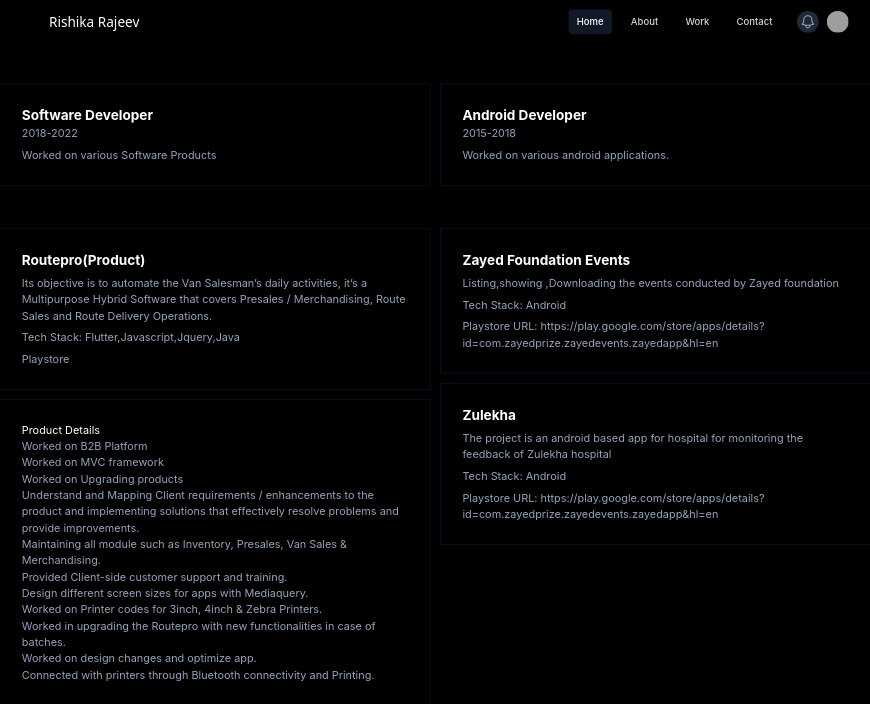
Repository: rishikarajeev/portfolio_rishika
Page: /work
These files come from the project's save history. The page is drawn as it stood at one moment and after a run of saves; the edit follows.
The browser window is 1280 px wide. The pictures show the whole page, at 68% of full size.
Pictures or frames that could not be fetched are drawn as grey boxes. The project was rebuilt for these pictures with package versions that can differ from the ones it lists, and the page was loaded fresh each time. Also part of the build but not shown: src/Pages/Home.jsx, src/Pages/About.jsx, src/Pages/Contact.jsx.

Above is the page before, as saved 2023-10-23 18:51:49.

### src/Components/Nav/Nav.jsx
import React from 'react'

function Nav() {
  return (
    <div><nav class="dark:bg-black">
    <div class="mx-auto max-w-7xl px-2 sm:px-6 lg:px-8">
      <div class="relative flex h-16 items-center justify-between">
      <div class="absolute inset-y-0 left-7 flex items-center ">

      <a href="#" class=" text-white  px-3 py-2 text-xl font-medium font-sans" aria-current="page">Rishika Rajeev</a>
        </div>
        <div class="absolute inset-y-0 left-0 flex items-center sm:hidden">

          <button type="button" class="relative inline-flex items-center justify-center rounded-md p-2 text-gray-400 hover:bg-gray-700 hover:text-white focus:outline-none focus:ring-2 focus:ring-inset focus:ring-white" aria-controls="mobile-menu" aria-expanded="false">
            <span class="absolute -inset-0.5"></span>
            <span class="sr-only">Open main menu</span>

            <svg class="block h-6 w-6" fill="none" viewBox="0 0 24 24" stroke-width="1.5" stroke="currentColor" aria-hidden="true">
              <path stroke-linecap="round" stroke-linejoin="round" d="M3.75 6.75h16.5M3.75 12h16.5m-16.5 5.25h16.5" />
            </svg>

            <svg class="hidden h-6 w-6" fill="none" viewBox="0 0 24 24" stroke-width="1.5" stroke="currentColor" aria-hidden="true">
              <path stroke-linecap="round" stroke-linejoin="round" d="M6 18L18 6M6 6l12 12" />
            </svg>
          </button>
        </div>
        <div class="flex flex-1 items-center justify-end sm:items-stretch sm:justify-end">
          {/* <div class="flex flex-shrink-0 items-center">
            <img class="h-8 w-auto" src="https://tailwindui.com/img/logos/mark.svg?color=indigo&shade=500" alt="Your Company"/>
          </div> */}
          <div class="hidden sm:ml-6 sm:block ">
            <div class="flex space-x-4 ">

              <a href="/" class="bg-gray-900 text-white rounded-md px-3 py-2 text-sm font-medium" >Home</a>
              <a href="/about" class="text-gray-300 hover:bg-gray-700 hover:text-white rounded-md px-3 py-2 text-sm font-medium">About</a>
              <a href="/work" class="text-gray-300 hover:bg-gray-700 hover:text-white rounded-md px-3 py-2 text-sm font-medium">Work</a>
              <a href="/contact" class="text-gray-300 hover:bg-gray-700 hover:text-white rounded-md px-3 py-2 text-sm font-medium">Contact</a>
            </div>
          </div>
        </div>
        <div class="absolute inset-y-0 right-0 flex items-center pr-2 sm:static sm:inset-auto sm:ml-6 sm:pr-0">
          <button type="button" class="relative rounded-full bg-gray-800 p-1 text-gray-400 hover:text-white focus:outline-none focus:ring-2 focus:ring-white focus:ring-offset-2 focus:ring-offset-gray-800">
            <span class="absolute -inset-1.5"></span>
            <span class="sr-only">View notifications</span>
            <svg class="h-6 w-6" fill="none" viewBox="0 0 24 24" stroke-width="1.5" stroke="currentColor" aria-hidden="true">
              <path stroke-linecap="round" stroke-linejoin="round" d="M14.857 17.082a23.848 23.848 0 005.454-1.31A8.967 8.967 0 0118 9.75v-.7V9A6 6 0 006 9v.75a8.967 8.967 0 01-2.312 6.022c1.733.64 3.56 1.085 5.455 1.31m5.714 0a24.255 24.255 0 01-5.714 0m5.714 0a3 3 0 11-5.714 0" />
            </svg>
          </button>


          <div class="relative ml-3">
            <div>
              <button type="button" class="relative flex rounded-full bg-gray-800 text-sm focus:outline-none focus:ring-2 focus:ring-white focus:ring-offset-2 focus:ring-offset-gray-800" id="user-menu-button" aria-expanded="false" aria-haspopup="true">
                <span class="absolute -inset-1.5"></span>
                <span class="sr-only">Open user menu</span>
                <img class="h-8 w-8 rounded-full" src="../../Images/WhatsApp Image 2023-10-03 at 11.58.19 AM.jpeg" alt=""/>
              </button>
            </div>

          </div>
        </div>
      </div>
    </div>


    <div class="sm:hidden" id="mobile-menu">
      <div class="space-y-1 px-2 pb-3 pt-2">

        <a href="/" class="bg-gray-900 text-white block rounded-md px-3 py-2 text-base font-medium" aria-current="page">Home</a>
        <a href="/about" class="text-gray-300 hover:bg-gray-700 hover:text-white block rounded-md px-3 py-2 text-base font-medium">About</a>
        <a href="/work" class="text-gray-300 hover:bg-gray-700 hover:text-white block rounded-md px-3 py-2 text-base font-medium">Work</a>
        <a href="/contact" class="text-gray-300 hover:bg-gray-700 hover:text-white block rounded-md px-3 py-2 text-base font-medium">Contact</a>
      </div>
    </div>
  </nav>
  </div>
  )
}

export default Nav

### src/Pages/Mywork.jsx
import React from "react";
import Work from "../Components/Work";
import Project from "../Components/Project";
import Nav from "../Components/Nav/Nav";

function Mywork() {
  return (
    <div class="dark md:bg-black ">
      <Nav />

      <div>
        {" "}
        <div className="container mx-auto  dark dark:bg-black">
          <h2 className="text-3xl font-bold mb-2 ">Work Experience</h2>
          <div class=" md:grid md:grid-rows-2 md:gap-4 divide-y divide-dashed dark dark:bg-black gap-4"/>

          <div class="grid grid-cols-1 md:grid-cols-2 gap-4 dark dark:bg-black">
            <div className="dark md:bg-black">
              <Work
                title="Software Developer"
                description="Worked on various Software Products"
                year="2018-2022"
              />
              <h2 className="text-3xl font-bold mt-6 mb-1">Projects</h2>
              <Project
                title="Routepro(Product)"
                description=" Its objective is to automate the Van Salesman’s daily activities, it’s a Multipurpose Hybrid Software that covers Presales / Merchandising, Route Sales and Route Delivery Operations."
                techStack="Flutter,Javascript,Jquery,Java"
              />
              <div className="dark:text-slate-400 ring-1 ring-slate-900 max-w-2xl p-8 dark dark:bg-black">
                <h2 className="text-white"> Product Details</h2>
                <ul>
                  <li>Worked on B2B Platform</li>
                  <li>Worked on MVC framework</li>
                  <li>Worked on Upgrading products </li>
                  <li>
                    Understand and Mapping Client requirements / enhancements to
                    the product and implementing solutions that effectively
                    resolve problems and provide improvements.
                  </li>
                  <li>
                    Maintaining all module such as Inventory, Presales, Van
                    Sales & Merchandising.
                  </li>
                  <li>Provided Client-side customer support and training.</li>
                  <li>
                    Design different screen sizes for apps with Mediaquery.
                  </li>
                  <li>
                    Worked on Printer codes for 3inch, 4inch & Zebra Printers.
                  </li>
                  <li>
                    Worked in upgrading the Routepro with new functionalities in
                    case of batches.
                  </li>
                  <li>Worked on design changes and optimize app.</li>
                  <li>
                    Connected with printers through Bluetooth connectivity and
                    Printing.
                  </li>
                </ul>
              </div>
            </div>
            <div>
            <Work
                title="Android Developer"
                description="Worked on various android applications."
                year="2015-2018"
              />
              <h2 className="text-3xl font-bold mt-6 mb-1">Projects</h2>
              <Project
                title="Zayed Foundation Events"
                description=" Listing,showing ,Downloading the events conducted by Zayed foundation"
                techStack="Android"
                Playstore=" URL: https://play.google.com/store/apps/details?id=com.zayedprize.zayedevents.zayedapp&hl=en"
              />
                  <Project
                title="Zulekha"
                description=" The project is an android based app for hospital for monitoring the feedback of Zulekha hospital"
                techStack="Android"
                Playstore=" URL: https://play.google.com/store/apps/details?id=com.zayedprize.zayedevents.zayedapp&hl=en"
              />
               <ul>
                            <li>Listing the events conducted by Zayed foundation</li>
                            <li>Showing Live events.</li>
                                <li>	Downloading and viewing files.</li>
                                    <li>	Integrated Google Map & Facebook</li>
                                        <li>	Implemented Calendar with Marked Events.</li>
                                            <li>	Playstore URL: https://play.google.com/store/apps/details?id=com.zayedprize.zayedevents.zayedapp&hl=en</li>

                        </ul>
            </div>
          </div>
        </div>
      </div>
    </div>
  );
}

export default Mywork;

### src/Components/Work.jsx
import React from 'react';

const Work = ({ title, description, year }) => {
  return (
    <div className="mb-4 ring-1 ring-slate-900 max-w-2xl p-8 dark md:bg-black">
      <h3 className="text-xl font-bold text-white">{title}</h3>
      <p className="dark:text-slate-400">{year}</p>
      <p className="mt-2 dark:text-slate-400">{description}</p>
    </div>
  );
};

export default Work;

### src/Components/Project.jsx
import React from 'react';

const Project = ({ title, description, techStack,Playstore }) => {
  return (
    <div className="mb-4 ring-1 ring-slate-900 max-w-2xl p-8 dark md:bg-black">
      <h3 className="text-xl font-bold text-white">{title}</h3>
      <p className="mt-2 dark:text-slate-400">{description}</p>
      <p className="mt-2 dark:text-slate-400">Tech Stack: {techStack}</p>
      <p className="mt-2 dark:text-slate-400">Playstore {Playstore}</p>
    </div>
  );
};

export default Project;

### tailwind.config.js
/** @type {import('tailwindcss').Config} */
module.exports = {
  content: ["./src/**/*.{html,js,jsx}"],
  theme: {
    extend: {},
  },
  darkMode: 'class',
  plugins: [],
}

Loaded but not shown: public/index.html (common file); src/index.js (common file); src/index.css (common file); src/App.js (common file); src/reportWebVitals.js (common file); src/App.css (common file)

After the next 4 saves:
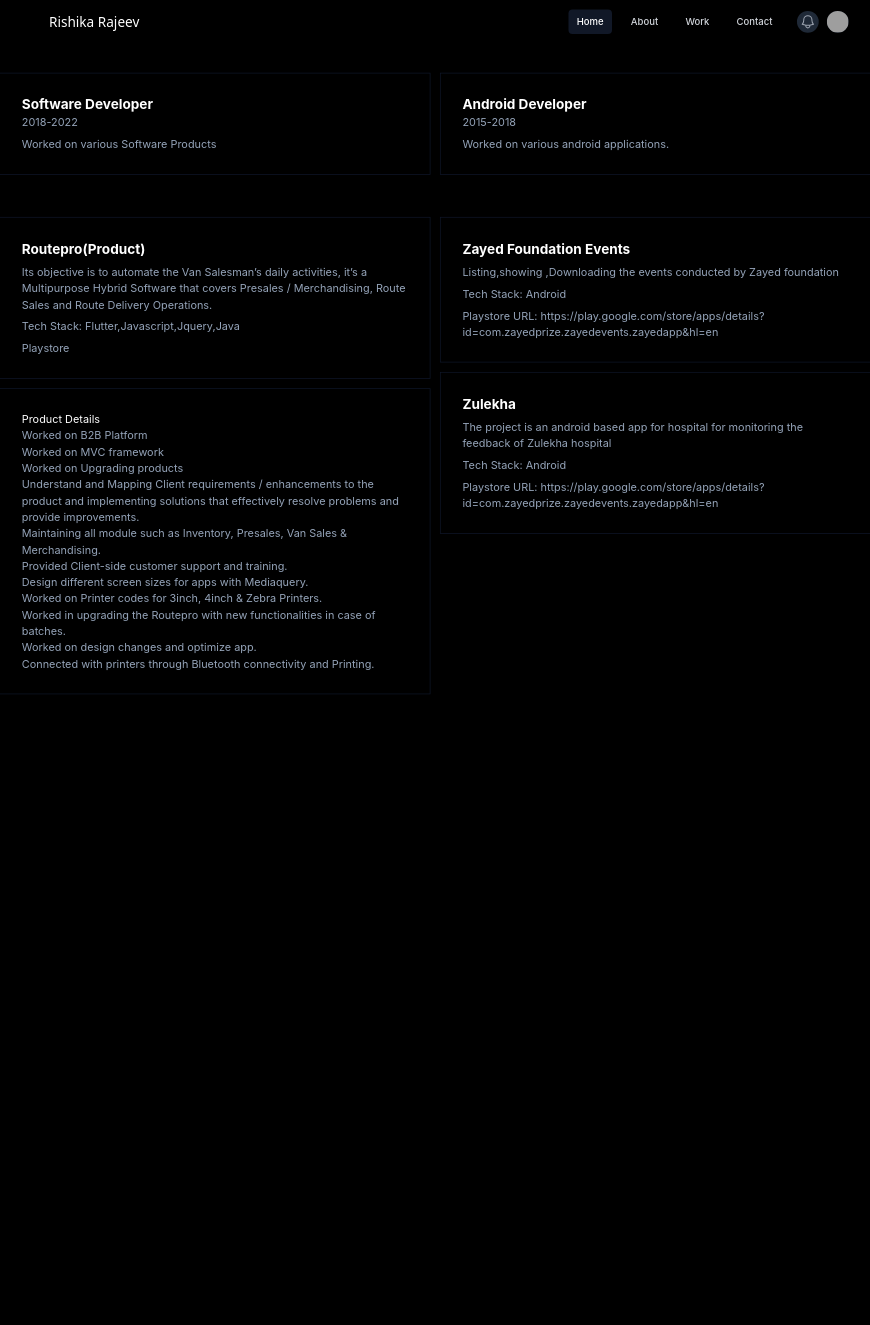
The 4 saves are shown as one change because 1 did not build or start and some came seconds apart.
The last was saved 14 s later.
--- a/src/Pages/Mywork.jsx
+++ b/src/Pages/Mywork.jsx
@@ -12,7 +12,7 @@ function Mywork() {
         {" "}
         <div className="container mx-auto  dark dark:bg-black">
           <h2 className="text-3xl font-bold mb-2 ">Work Experience</h2>
-          <div class=" md:grid md:grid-rows-2 md:gap-4 divide-y divide-dashed dark dark:bg-black gap-4"/>
+          <div class=" md:grid md:grid-rows-2 md:gap-4 divide-y divide-dashed dark dark:bg-black gap-4">
 
           <div class="grid grid-cols-1 md:grid-cols-2 gap-4 dark dark:bg-black">
             <div className="dark md:bg-black">
@@ -91,6 +91,7 @@ function Mywork() {
                         </ul>
             </div>
           </div>
+          </div>
         </div>
       </div>
     </div>
